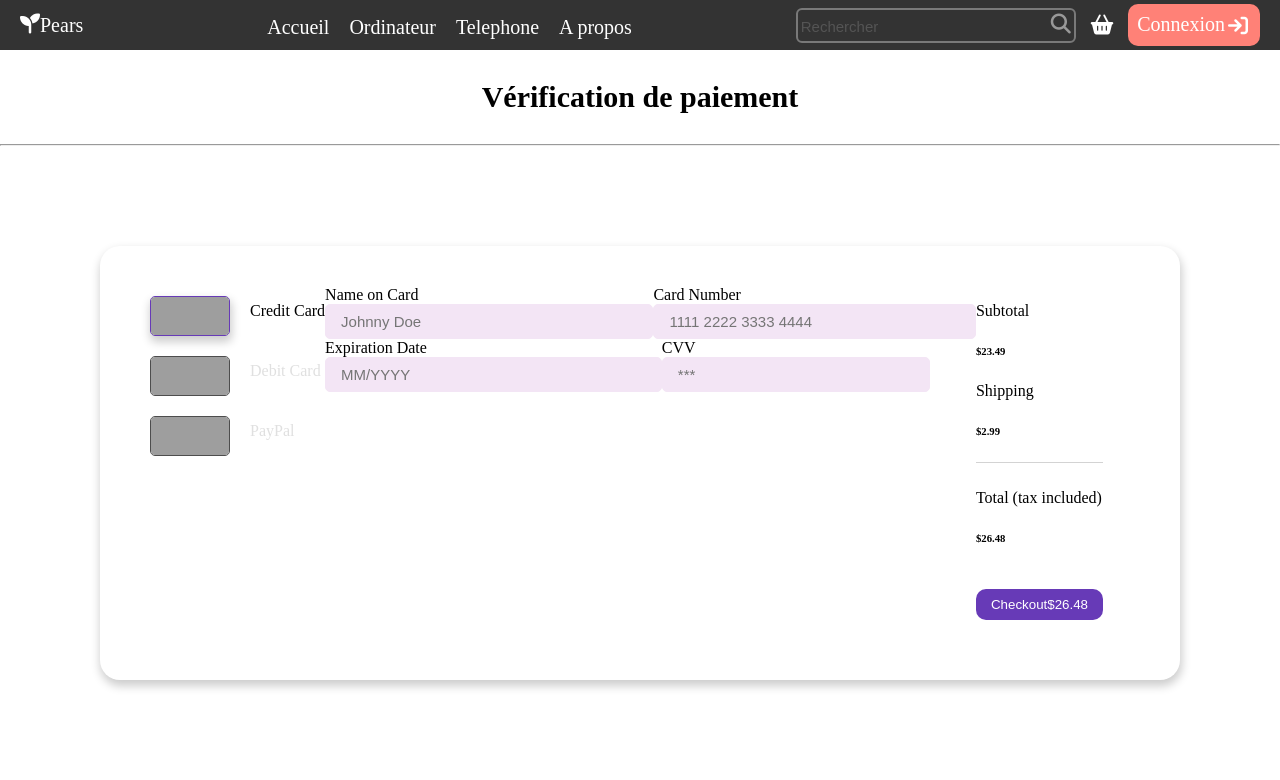
Repository: Kakouuu/PPE1-iPear
Page: http://localhost/Stage/verifpaiement.php
The author's editor kept a copy of each file at every save. The page is drawn from the files as they stood at one save, then again after the next save.
The browser window is 1280 px wide. The pictures show the whole page.
Pictures or frames that could not be fetched are drawn as grey boxes. Some web libraries are served in a nearby version. The page is run by PHP 8.4 with error messages shown; the project is at /var/www/html/.

Above is the page before, as saved 2023-04-28 16:31:38.

### verifpaiement.php
<!DOCTYPE html>
<html lang="en">

<?php
    session_start();
    include "nav.php";
    ?>


<head>
    <meta charset="UTF-8">
    <title>Checkout</title>
    <link rel="stylesheet" href="css/verifpaiement.css">
    <link rel="stylesheet" href="https://stackpath.bootstrapcdn.com/bootstrap/4.3.1/js/bootstrap.bundle.min.js">
    <link rel="stylesheet" href="https://cdnjs.cloudflare.com/ajax/libs/font-awesome/5.10.0-11/css/all.min.css">
    <script rel="stylesheet" href="https://cdnjs.cloudflare.com/ajax/libs/jquery/3.2.1/jquery.min.js"></script>
    <script src="js/store.js"></script>
</head>

<body>



    <h3 class="title">Vérification de paiement</h3>
    <hr>

    <div class="row justify-content-center" style="margin:100px">
        <div class="col-lg-12">
            <div class="card" style="display : flex;">
                <div class="row" style="display : flex;">
                    <div class="col-lg-3 radio-group" >
                        <div class="row d-flex px-3 radio" style="display :flex;"> <img class="pay" src="https://i.imgur.com/WIAP9Ku.jpg">
                            <p class="my-auto">Credit Card</p>
                        </div>
                        <div class="row d-flex px-3 radio gray" style="display :flex;"> <img class="pay" src="https://i.imgur.com/OdxcctP.jpg">
                            <p class="my-auto">Debit Card</p>
                        </div>
                        <div class="row d-flex px-3 radio gray mb-3" style="display :flex;"> <img class="pay" src="https://i.imgur.com/cMk1MtK.jpg">
                            <p class="my-auto">PayPal</p>
                        </div>
                    </div>
                    <div class="col-lg-5">
                        <div class="row px-2" style="display :flex;">
                            <div class="form-group col-md-6"> <label class="form-control-label">Name on Card</label> <input type="text" id="cname" name="cname" placeholder="Johnny Doe"> </div>
                            <div class="form-group col-md-6"> <label class="form-control-label">Card Number</label> <input type="text" id="cnum" name="cnum" placeholder="1111 2222 3333 4444"> </div>
                        </div>
                        <div class="row px-2" style="display :flex;">
                            <div class="form-group col-md-6"> <label class="form-control-label">Expiration Date</label> <input type="text" id="exp" name="exp" placeholder="MM/YYYY"> </div>
                            <div class="form-group col-md-6"> <label class="form-control-label">CVV</label> <input type="text" id="cvv" name="cvv" placeholder="***"> </div>
                        </div>
                    </div>
                    <div class="col-lg-4 mt-2">
                        <div class="row d-flex justify-content-between px-4">
                            <p class="mb-1 text-left">Subtotal</p>
                            <h6 class="mb-1 text-right">$23.49</h6>
                        </div>
                        <div class="row d-flex justify-content-between px-4">
                            <p class="mb-1 text-left">Shipping</p>
                            <h6 class="mb-1 text-right">$2.99</h6>
                        </div>
                        <div class="row d-flex justify-content-between px-4" id="tax">
                            <p class="mb-1 text-left">Total (tax included)</p>
                            <h6 class="mb-1 text-right">$26.48</h6>
                        </div> <button class="btn-block btn-blue"> <span> <span id="checkout">Checkout</span> <span id="check-amt">$26.48</span> </span> </button>
                    </div>
                </div>
            </div>
        </div>
    </div>
    </div>

### nav.php
<!DOCTYPE html>
<head>
    <meta charset="UTF-8">
    <meta http-equiv="X-UA-Compatible" content="IE  =edge">
    <link rel="stylesheet" href="css/styles.css">
    <link rel="stylesheet" href="css/footer.css">

    <script src="https://kit.fontawesome.com/db2bf29261.js" crossorigin="anonymous"></script>
    <script src="https://cdnjs.cloudflare.com/ajax/libs/jquery/3.6.0/jquery.min.js"></script>
    <script src="https://ajax.googleapis.com/ajax/libs/jquery/3.6.0/jquery.min.js"></script>
    <script src="js/store.js" ></script>
</head>
<?php

require_once "db.php";

if (isset($_SESSION['ID'])) {

    $sqla = 'SELECT * FROM `utilisateurs` where `ID_user`=' . $_SESSION['ID'];
    $resulta = mysqli_query($mysqli, $sqla);

    while (($row = mysqli_fetch_array($resulta))) {

        $prenom = $row["Prenom"];
    }


?>




<div class="welcome">Bonjour <?= $prenom; ?> !</div>



<?php
}


?>



<nav class="navbar" style="height: 50px !important;">


    <div>
        <a class="logo" href="index.php"><i class="fa-solid fa-seedling"></i> Pears</a>
    </div>


    <ul class="navbar_container">
        <li><a href="index.php" class="type">Accueil</a></li>
        <li class="services"><a href="#" title="" class="type">Ordinateur</a>
            <ul class="sous-menu">
                <li><a href="pagelegume.php?id=Portable" title="" class="type_sous">PC Portable</a></li>
                <li><a href="pagelegume.php?id=PC_Fixe" title="" class="type_sous">PC Fixe</a></li>
            </ul>
        <li class="services"><a href="#" title="" class="type">Telephone</a>
            <ul class="sous-menu">
                <li><a href="pagelegume.php?id=Samsung" title="" class="type_sous">Samsung</a></li>
                <li><a href="pagelegume.php?id=Iphone" title="" class="type_sous">Iphone</a></li>
                <li><a href="pagelegume.php?id=Huawei" title="" class="type_sous">Huawei</a></li>
            </ul>
        <li><a href="index.php" class="type">A propos</a></li>
    </ul>


    <span class="cotedroit">
      <span class="search">
            <input autocomplete="off" type="search" onkeyup="manakey(event)" oninput="salut()" name="Rechercher"
                   class="searchbar_container" placeholder="Rechercher">
            <span style="cursor: pointer;" onclick='sendad()'><i class="fa-solid fa-magnifying-glass"></i></span>
        </span>


<div class="search_prod"></div>







            <a href="test.php" class="item"><i class="fa-solid fa-basket-shopping"></i></a>

            <a href="login.php" class="log" id="co">Connexion <i class="fa-solid fa-arrow-right-to-bracket"></i> </a>


            <li class="user" id="profil"><a href="#" title="" class="type"><i class="fa-solid fa-user" name="deconnecte"></i></a>
            <ul class="user_sous">
                <li><a href="profil.php" title="" class="user_container">Profil</a></li>

                <li><a class="user_container" href="suppression.php">Deconnexion</a></li>



    </span>





    <script>
        function sendad() {
            var mot = document.getElementsByName('Rechercher')[0].value;
            console.log(mot)
            window.location = 'traitement.php?Rechercher=' + mot;
        }

        function manakey(e) {
            if (e.keyCode == 13) {
                sendad();
            }
            var clientHeight = document.querySelector('.search_prod').clientHeight;
            console.log(clientHeight);

            if (clientHeight < 356) {
                document.querySelector(".plus").style.display = "none";
            }
        }

        function salut() {
            let display = document.querySelector('.search_prod').style.display = 'block';
            var mot = document.getElementsByName('Rechercher')[0].value;
            console.log(mot)

            if(mot != "" ){
                $.post("recherche.php", {mot : mot}, function(data){
                    $('.search_prod').html(data);
                });
            }else
                document.querySelector(".search_prod").style.display ="none";
        }


        function remouve(e) {
            if (e.keyCode == 8) {
                let display = document.querySelector('.search_prod').style.display = 'none';
            }
        }




    </script>



    <div class="navbar__toggle" onclick="openOrClose()" id="mobile-menu">
        <div class="tirait">
            <span class="tirait_sous"></span>
            <span class="tirait_sous"></span>
            <span class="tirait_sous"></span>
        </div>
    </div>
</nav>
<ul class="navbar_container2">
    <li class="services2"><a href="#" title="" class="type2">Ordinateur</a>
        <ul class="sous-menu2">
            <li><a href="pagelegume.php?id=Portable" title="" class="type_sous2">PC Portable</a></li>
            <li><a href="pagelegume.php?id=Portable" title="" class="type_sous2">PC Fixe</a></li>
        </ul>
    <li class="services2"><a href="#" title="" class="type2">Telephone</a>
        <ul class="sous-menu2">
            <li><a href="pagelegume.php?id=Légume Fleurs" title="" class="type_sous2">Samsung</a></li>
            <li><a href="pagelegume.php?id=Légume Fleurs" title="" class="type_sous2">Iphone</a></li>
            <li><a href="pagelegume.php?id=Légume Fleurs" title="" class="type_sous2">Huawei</a></li>
        </ul>
</ul>

<?php
if(isset($_SESSION['ID'])){
    ?>
    <script>
    document.getElementById('co').style.display = 'none';
    document.getElementById('profil').style.display = 'block';
    </script>

<?php
}





?>


<form method="post" action="suppression.php" id="form">
       <input type="hidden" id="cache" name="cache"/>
    </form>
<script src="app.js"></script>

### db.php
<?php
$mysqli = mysqli_connect('localhost', 'root', '', 'pcbdd');
mysqli_query($mysqli, "SET NAMES utf8");
?>

### css/footer.css
/* Footer section */

.push{
    height: 800px;
}

.pdp {
    display: inline-block;
    bottom: 0;
    width: 100%;
    background-color: #333333;
}


.pdp_info {
    background-color: #333333;
    display: flex;
    height: 390px;
    justify-content: center;
}

.fa-facebook, .fa-twitter, .fa-linkedin, .fa-instagram {
    color: white;
    opacity: 0.6;
    padding-left: 10px;
    padding-right: 10px;
    margin-top: 3px;
    justify-content: center;
    font-size: 1.1rem;
}

.fa-facebook {
    padding-left: 45%;
}
.fa-envelope{
    padding: 7px;
    text-align: center;
    color: black;

}

a:link {
    text-decoration: none;
}

.item2 {
    display: block;
    margin: 5px;
    text-decoration: none;
    list-style: none;
    color: white;
    padding: 5px;

}

.item1 {
    display: block;
    margin: 5px;
    text-decoration: none;
    list-style: none;
    color: white;
    padding: 5px;

}


.mention {
    background-color: #272727;
    color: white;
    opacity: 0.5;
}

@media screen and (max-width: 909px){
    .item2{
        display: block;
        font-size: 1.1rem;
        text-align: center;
    }
}


.input-icons i {
    position: absolute;
}

.input-field {
    height: 30px;
    width: 200px;
    padding-left:30px;
    text-align: center;
}

.validate{
    height: 30px;
    color: white;
    background-color: #333333;
    cursor: pointer;
}

.validate:hover{
    background-color: #50C878;
}

.infosite{
    color: white;

}

### css/verifpaiement.css
.title{
    text-align: center;
    font-size: 30px;
    font-weight: bold;
    margin : 30px;
}


.plus-minus {
    position: relative;
}

.plus {
    position: absolute;
    top: -4px;
    left: 2px;
    cursor: pointer;
}

.minus {
    position: absolute;
    top: 8px;
    left: 5px;
    cursor: pointer;
}

.vsm-text:hover {
    color: #FF5252;
}

.card {
    margin: 40px 0px;
    padding: 40px 50px;
    border-radius: 20px;
    border: none;
    box-shadow: 1px 5px 10px 1px rgba(0,0,0,0.2);
    display : flex;
}

input, textarea {
    background-color: #F3E5F5;
    padding: 8px 15px 8px 15px;
    width: 100%;
    border-radius: 5px !important;
    box-sizing: border-box;
    border: 1px solid #F3E5F5;
    font-size: 15px !important;
    color: #000 !important;
    font-weight: 300;
}

input:focus, textarea:focus {
    -moz-box-shadow: none !important;
    -webkit-box-shadow: none !important;
    box-shadow: none !important;
    border: 1px solid #9FA8DA;
    outline-width: 0;
    font-weight: 400;
}

button:focus {
    -moz-box-shadow: none !important;
    -webkit-box-shadow: none !important;
    box-shadow: none !important;
    outline-width: 0;
}

.pay {
    width: 80px;
    height: 40px;
    border-radius: 5px;
    border: 1px solid #673AB7;
    margin: 10px 20px 10px 0px;
    cursor: pointer;
    box-shadow: 1px 5px 10px 1px rgba(0,0,0,0.2);
}

.gray {
    -webkit-filter: grayscale(100%);
    -moz-filter: grayscale(100%);
    -o-filter: grayscale(100%);
    -ms-filter: grayscale(100%);
    filter: grayscale(100%);
    color: #E0E0E0;
}

.gray .pay {
    box-shadow: none;
}

#tax {
    border-top: 1px lightgray solid;
    margin-top: 10px;
    padding-top: 10px;
}

.btn-blue {
    border: none;
    border-radius: 10px;
    background-color: #673AB7;
    color: #fff;
    padding: 8px 15px;
    margin: 20px 0px;
    cursor: pointer;
}

.btn-blue:hover {
    background-color: #311B92;
    color: #fff;
}

#checkout {
    float: left;
}

#check-amt {
    float: right;
}

@media screen and (max-width: 768px) {
    .book, .book-img {
        width: 100px;
        height: 150px;
    }

    .card {
        padding-left: 15px;
        padding-right: 15px;
    }

    .mob-text {
        font-size: 13px;
    }

    .pad-left {
        padding-left: 20px;
    }
}

Loaded but not shown: js/store.js (27 lines, source omitted); app.js (4 lines, source omitted); css/styles.css (824 lines, source omitted)

After the next save:
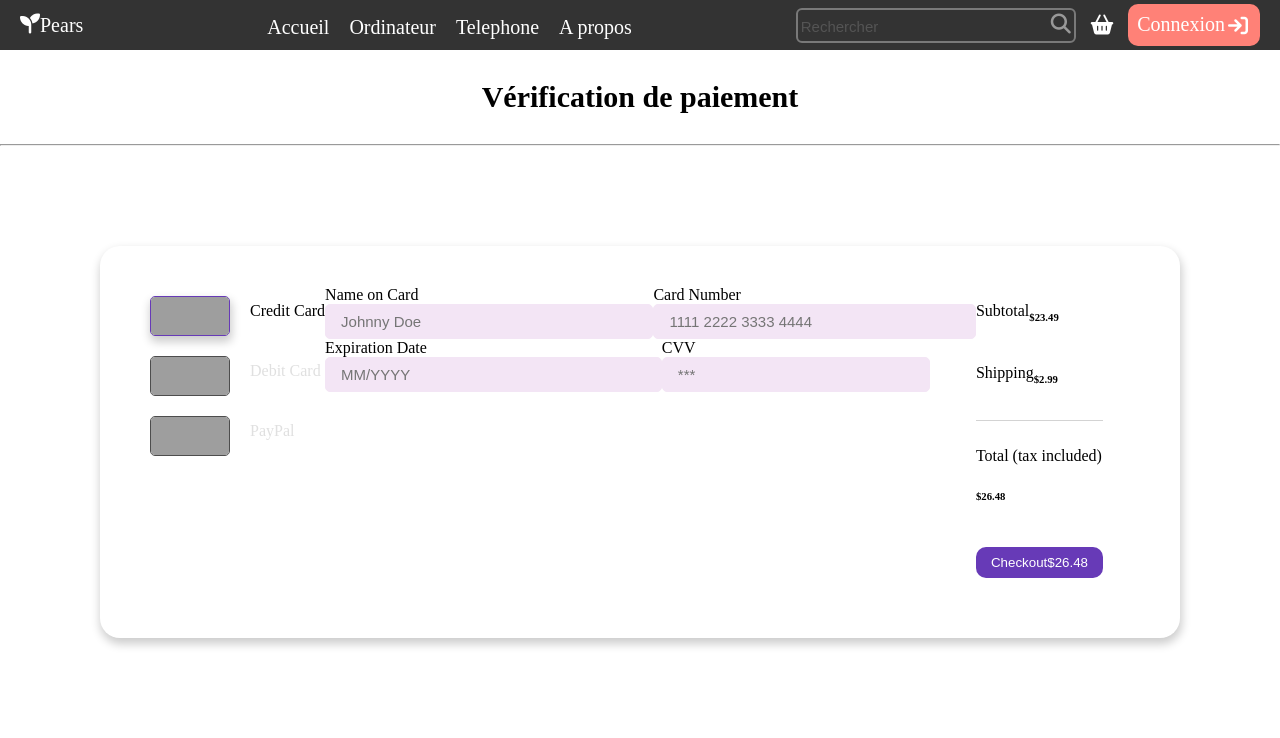
Saved 46 s later.
--- a/verifpaiement.php
+++ b/verifpaiement.php
@@ -50,11 +50,11 @@
                         </div>
                     </div>
                     <div class="col-lg-4 mt-2">
-                        <div class="row d-flex justify-content-between px-4">
+                        <div class="row d-flex justify-content-between px-4" style="display :flex;">
                             <p class="mb-1 text-left">Subtotal</p>
                             <h6 class="mb-1 text-right">$23.49</h6>
                         </div>
-                        <div class="row d-flex justify-content-between px-4">
+                        <div class="row d-flex justify-content-between px-4" style="display :flex;">
                             <p class="mb-1 text-left">Shipping</p>
                             <h6 class="mb-1 text-right">$2.99</h6>
                         </div>
